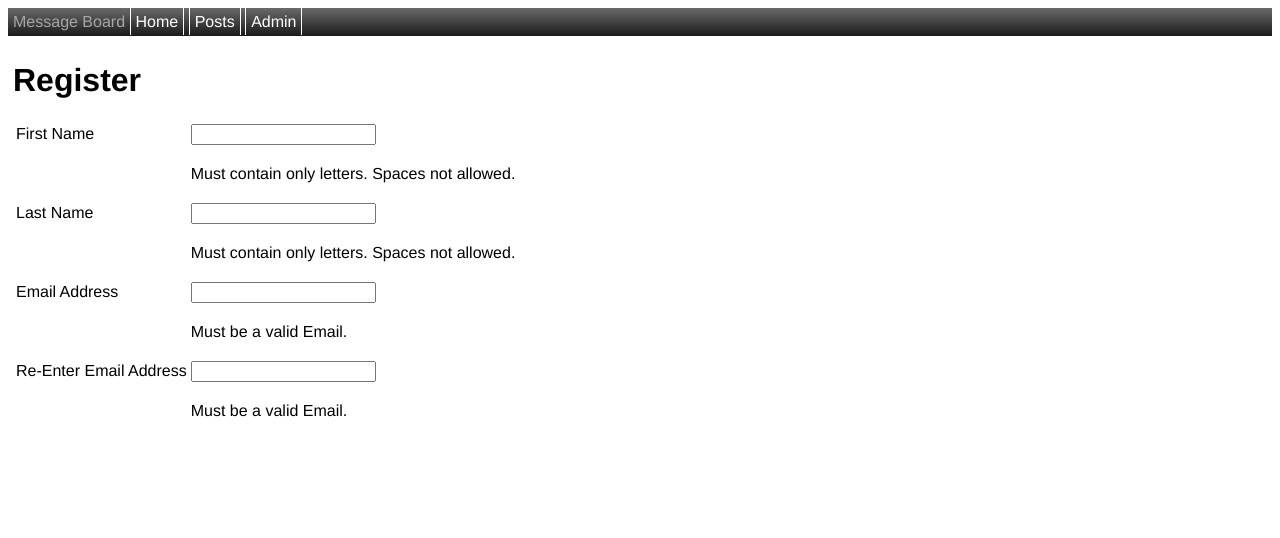
Repository: JesseFo/Whitespace
Page: whitespace/WebContent/WEB-INF/register.html
The author's editor kept a copy of each file at every save. The page is drawn from the files as they stood at one save, then again after the next save.
The browser window is 1280 px wide. The pictures show the whole page.

Above is the page before, as saved 2015-10-15 08:00:00.

After the next save:
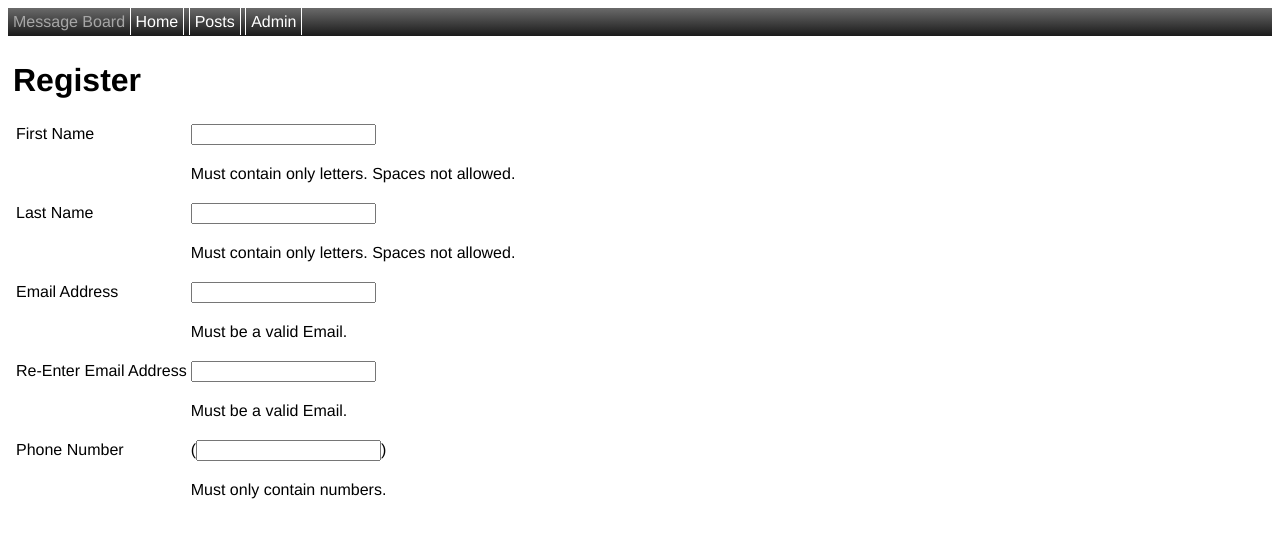
Saved 2 min 57 s later.
--- a/whitespace/WebContent/WEB-INF/register.html
+++ b/whitespace/WebContent/WEB-INF/register.html
@@ -52,6 +52,14 @@
 							<td>&nbsp;</td>
 							<td><p>Must be a valid Email.</p></td>
 						</tr>
+						<tr>
+							<td>Phone Number</td>
+							<td>(<input type="number" name="phone1" maxlength="3" />)</td>
+						</tr>
+						<tr>
+							<td>&nbsp;</td>
+							<td><p>Must only contain numbers.</p></td>
+						</tr>
 					</table>
 				</form>
 			</div>
